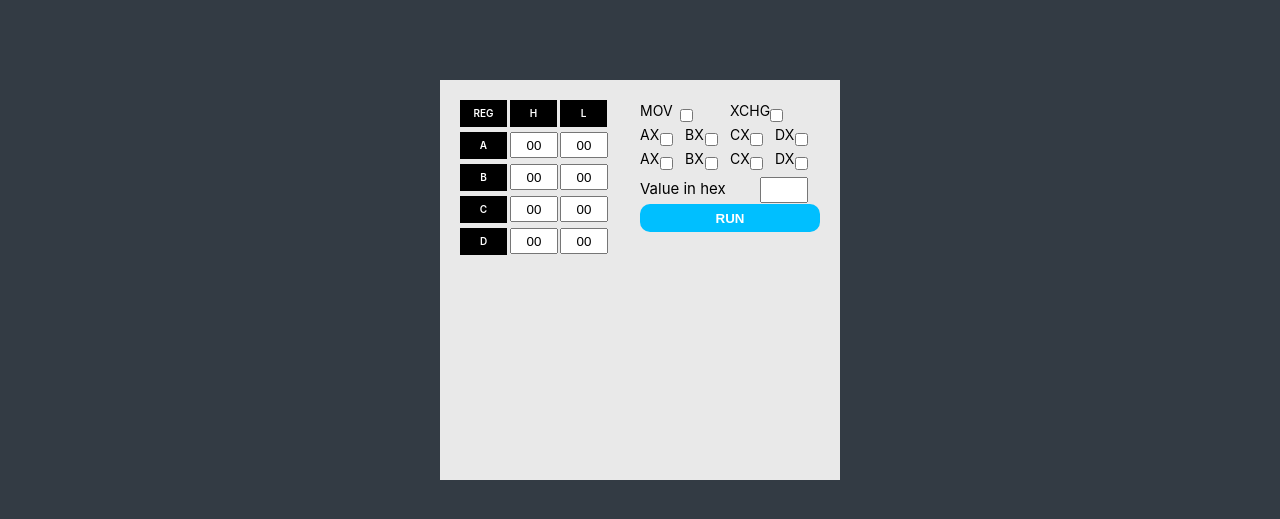
Repository: piookr-wsei/8086
Page: /
These files come from the project's save history. The page is drawn as it stood at one moment and after the next save; the edit follows.
The browser window is 1280 px wide. The pictures show the whole page.
The project was rebuilt for these pictures with package versions that can differ from the ones it lists, and the page was loaded fresh each time.

Above is the page before, as saved 2022-06-19 00:03:13.

### src/App.js
import React from 'react';
import { useState } from 'react';
import './App.css';
import { RegDesc, RegInput, RegWrapper, UiWindow, UiWrapper, SettingsWrapper, Labels, CheckWrapper, OpBox, LineWrap, NumDesc, RegChWrapper, Run } from './Components/Components.elements';


function App() {

  const xchg="xchg";
  const mov="mov"

  const [movChecked, setMovChecked] = useState(false);

  const [xchgChecked, setXchgChecked] = useState(false);

  const [opChosen,setOpChosen] = useState(null)

  function HandleCheck(name){
    if(name=="mov"){
      setMovChecked(!movChecked)
      setXchgChecked(false)
      setCheckLimit(1)
      setCheckedBoxes([false,false,false,false,false,false,false,false])
      setCheckCurrent(0)
    }
    else if(name=="xchg"){
      setXchgChecked(!xchgChecked)
      setMovChecked(false)
      setCheckLimit(2)
      setCheckedBoxes([false,false,false,false,false,false,false,false])
      setCheckCurrent(0)
    }
    else{
      let tempArray = checkedBoxes
      if(tempArray[name]==true)
      {
        tempArray[name]=!tempArray[name]
        console.log(tempArray[name])
        setCheckCurrent((checkCurrent => {return(checkCurrent - 1)}))
      }
      else if(tempArray[name]==false && checkCurrent<checkLimit)
      {
        tempArray[name]=!tempArray[name]
        console.log(tempArray[name])
        setCheckCurrent((checkCurrent => {return(checkCurrent + 1)}))
      }
      else{
        return
      }
      setCheckedBoxes(tempArray)
    }

    setOpChosen(name)
  }

  const [checkLimit, setCheckLimit] = useState(0);
  const [checkCurrent, setCheckCurrent] = useState(0);
  const [checkedBoxes, setCheckedBoxes] = useState([false,false,false,false,false,false,false,false])
  const [tempString, setTempString] = useState("")


function OpChange(){
  return(
    <>
    <Labels>
      <CheckWrapper>
        MOV
        <OpBox type="checkbox"  checked={movChecked} onClick={() => HandleCheck(mov)} id="MOV"/>
      </CheckWrapper>
      <CheckWrapper style={{position:"relative", left:"10px"}}>
        XCHG
        <OpBox type="checkbox" checked={xchgChecked} onChange={() => HandleCheck(xchg)} id="XCHG" name="XCHG"/>
      </CheckWrapper>
    </Labels>
    </>
    )
  }

  const [text, setText]=useState({topText:""});

  function handleChange(event){
    const name = event.target.name
    if(event.target.value.length==0){
      setText(oldText => {
        return({
          ...oldText,
          [name]:event.target.value

      })}
      )}
    else{
    console.log(event.target.value[event.target.value.length-1])
    event.target.value=event.target.value.toUpperCase()
    setText(oldText => {
      if(event.target.value[event.target.value.length-1].match(/^(1|2|3|4|5|6|7|8|9|A|B|C|D|E|F)$/)){
      return({
        ...oldText,
        [name]:event.target.value

    })}
    else{return oldText}
  })}
}

function Compile(){
  if(setMovChecked==true && checkCurrent==1){

  }
  else if(setXchgChecked==true && checkCurrent==2){

  }
  else
  return
}


const [regValues,setRegValues] = useState(["00","00","00","00","00","00","00","00"])



  return (
    <div className="App">
      <UiWindow>
        <UiWrapper>
          <RegWrapper>
            <RegDesc textContent={"REG"}/>  <RegDesc textContent={"H"}/>  <RegDesc textContent={"L"}/>

            <RegDesc textContent={"A"}/>  <RegInput  readOnly value={regValues[0]}/> <RegInput  readOnly value={regValues[1]}/>
            <RegDesc textContent={"B"}/>  <RegInput  readOnly  value={regValues[2]}/> <RegInput  readOnly  value={regValues[3]}/>
            <RegDesc textContent={"C"} />  <RegInput  readOnly  value={regValues[4]}/> <RegInput  readOnly  value={regValues[5]}/>
            <RegDesc textContent={"D"}/>  <RegInput  readOnly  value={regValues[6]}/> <RegInput  readOnly  value={regValues[7]}/>
          </RegWrapper>

          <SettingsWrapper>

              <OpChange/>

              <RegChWrapper>
                <CheckWrapper>
                  AX<OpBox type="checkbox" checked={checkedBoxes[0]} onChange={() => HandleCheck(0)}/>
                </CheckWrapper>
                <CheckWrapper>
                  BX<OpBox type="checkbox" checked={checkedBoxes[1]} onChange={() => HandleCheck(1)}/>
                </CheckWrapper>
                <CheckWrapper>
                  CX<OpBox type="checkbox" checked={checkedBoxes[2]} onChange={() => HandleCheck(2)}/>
                </CheckWrapper>
                <CheckWrapper>
                  DX<OpBox type="checkbox" checked={checkedBoxes[3]} onChange={() => HandleCheck(3)}/>
                </CheckWrapper>
                </RegChWrapper>
                <RegChWrapper>
                <CheckWrapper>
                  AX<OpBox type="checkbox" checked={checkedBoxes[4]} onChange={() => HandleCheck(4)}/>
                </CheckWrapper>
                <CheckWrapper>
                  BX<OpBox type="checkbox" checked={checkedBoxes[5]} onChange={() => HandleCheck(5)}/>
                </CheckWrapper>
                <CheckWrapper>
                  CX<OpBox type="checkbox" checked={checkedBoxes[6]} onChange={() => HandleCheck(6)}/>
                </CheckWrapper>
                <CheckWrapper>
                  DX<OpBox type="checkbox" checked={checkedBoxes[7]} onChange={() => HandleCheck(7)}/>
                </CheckWrapper>
              </RegChWrapper>

              <LineWrap>
              <NumDesc textContent={"Value in hex"}/>  <RegInput type="text" id="field-1" className="field" name="topText" onChange={handleChange}  maxLength={2} style={{width:"40px"}}  value={text.topText}/>

              </LineWrap>
              <Run>RUN</Run>
          </SettingsWrapper>



        </UiWrapper>
      </UiWindow>

    </div>
  );
}

export default App;

### src/App.css
body{
  height: 100%;
  background: rgba(1, 10, 22, 0.8);
}

.App-logo {
  height: 40vmin;
  pointer-events: none;
}

@media (prefers-reduced-motion: no-preference) {
  .App-logo {
    animation: App-logo-spin infinite 20s linear;
  }
}

.App-header {
  background-color: #282c34;
  min-height: 100vh;
  display: flex;
  flex-direction: column;
  align-items: center;
  justify-content: center;
  font-size: calc(10px + 2vmin);
  color: white;
}

.App-link {
  color: #61dafb;
}

@keyframes App-logo-spin {
  from {
    transform: rotate(0deg);
  }
  to {
    transform: rotate(360deg);
  }
}

### src/Components/Components.elements.js
import styled from "styled-components";

export const UiWindow = styled.div`
    height: 400px;
    width: 400px;
    background: rgb(233,233,233);
    position: relative;
    margin: auto;
    top: 80px;
`

export const UiWrapper = styled.div`
    border: 20px solid transparent;
    display: grid;
    grid-template-columns: 1fr 1fr;
`

export const RegWrapper = styled.div`
    width: 180px;
    //background: rgba(0,0,0,0.1);
    position: relative;
    left: 0;
    display: grid;
    grid-template-columns: 50px 50px 50px;
`

export const RegInput = styled.input`
    height: 20px;
    width: 40px;
    margin-bottom:5px;
    text-align: center;
`

export const SettingsWrapper = styled.div`
    width: 180px;
    //background: rgba(0,0,0,0.1);
    position: relative;
    right: 0;
    display: grid;
    grid-template-columns: 180px;
    //border: solid 1px black;
    font-size: 14px;
    line-height: 22px;
    grid-template-rows: 24px 24px 32px 24px repeat(auto-fit, 32px);

`

export const RegDescSC = styled.div`
    height: 27px;
    width: 47px;
    background: black;
    margin-bottom:5px;
    color: white;
    font-weight: 600;
`

export const DescText = styled.p`
    font-size: 10px;
    text-align: center;
    position: relative;
    top: -3px;
`

export function RegDesc(props){
    return(
        <RegDescSC>
            <DescText>{props.textContent}</DescText>
        </RegDescSC>
    )
}

export const Labels = styled.div`
    display: grid;
    grid-template-columns: 80px 80px;
`

export const CheckWrapper = styled.div`

    min-width: 30px;
    max-width: 65px;
    height: 25px;
    display: flex;
    justify-content: space-between;
`

export const OpBox = styled.input`
    vertical-align: "middle";
    position: relative;
    top: 3px;
    left: -9px;
`

export const LineWrap = styled.div`
    width: 180px;
    display: flex;
    align-items: center;
`

export const NumSC = styled.div`
    width: 120px;
    text-align: left !important;
`

export function NumDesc(props){
    return(
        <NumSC>
            <DescText style={{textAlign: "left", fontSize:"15px"}}>{props.textContent}</DescText>
        </NumSC>
    )
}

export const RegChWrapper = styled.div`
width: 180px;
display: grid;
grid-template-columns: 45px 45px 45px 45px ;
`

export const Run = styled.button`
width: 180px;
border-radius: 10px;
border:transparent 4px;
background-color: #00bfff;
margin: 0px auto 4px auto;
font-weight: 700;
color: white;
cursor: pointer;
&:hover {


  }
`

Loaded but not shown: public/index.html (common file); src/index.js (common file); src/index.css (common file); src/reportWebVitals.js (common file)

After the next save:
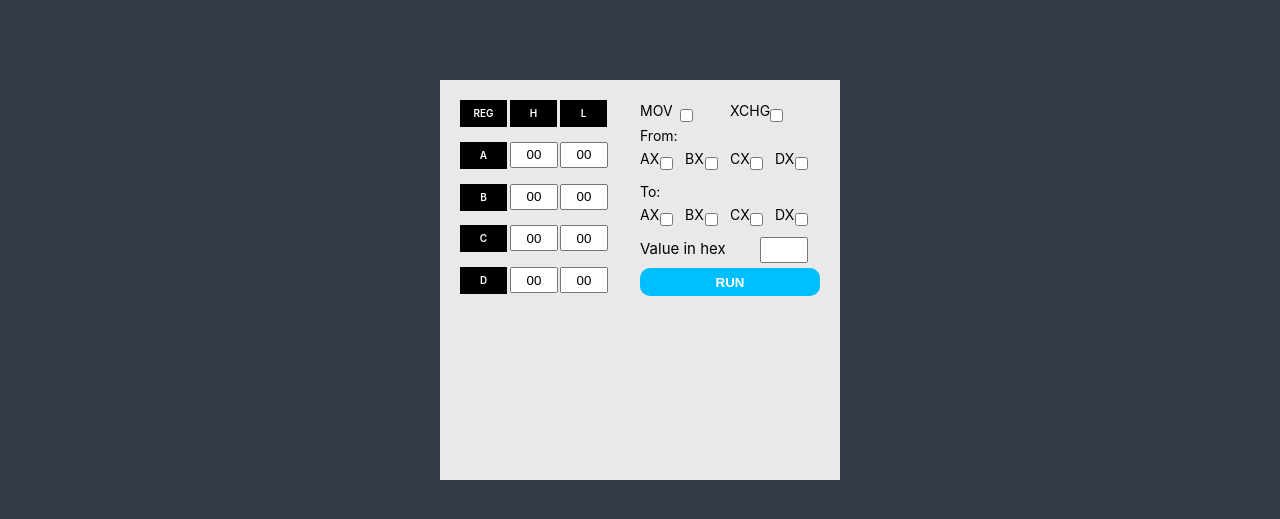
Saved 61 s later.
--- a/src/App.js
+++ b/src/App.js
@@ -134,7 +134,7 @@ const [regValues,setRegValues] = useState(["00","00","00","00","00","00","00","0
           <SettingsWrapper>
 
               <OpChange/>
-
+              <LineWrap>From:</LineWrap>
               <RegChWrapper>
                 <CheckWrapper>
                   AX<OpBox type="checkbox" checked={checkedBoxes[0]} onChange={() => HandleCheck(0)}/>
@@ -148,8 +148,9 @@ const [regValues,setRegValues] = useState(["00","00","00","00","00","00","00","0
                 <CheckWrapper>
                   DX<OpBox type="checkbox" checked={checkedBoxes[3]} onChange={() => HandleCheck(3)}/>
                 </CheckWrapper>
-                </RegChWrapper>
-                <RegChWrapper>
+              </RegChWrapper>
+              <LineWrap>To:</LineWrap>
+              <RegChWrapper>
                 <CheckWrapper>
                   AX<OpBox type="checkbox" checked={checkedBoxes[4]} onChange={() => HandleCheck(4)}/>
                 </CheckWrapper>
